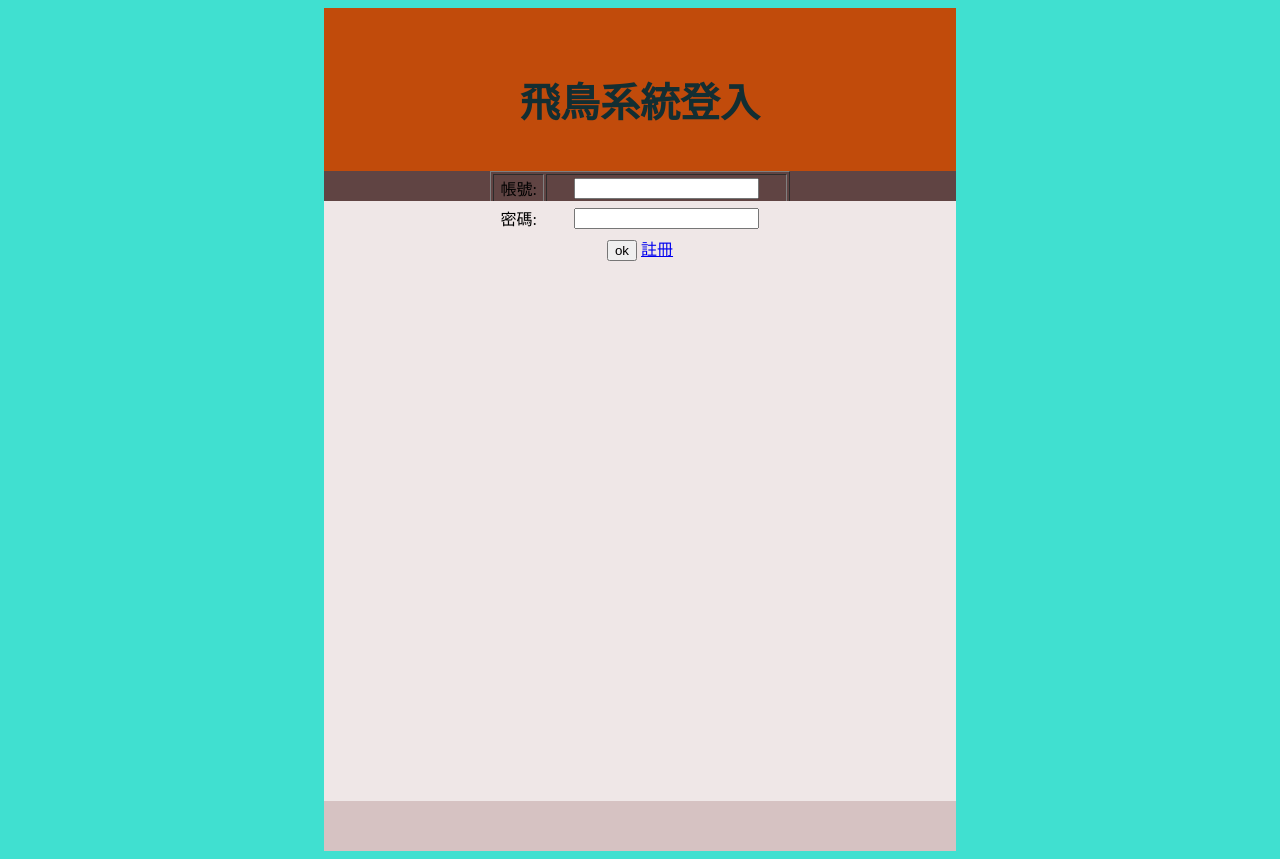
Repository: pride0420/portfolio
Page: Portfolio/1_springBoot/src/main/resources/static/index.html
An editor plug-in stored every save of this project. The page is shown before and after the next save, followed by the edit.
The browser window is 1280 px wide. The pictures show the whole page.

Above is the page before, as saved 2023-11-30 14:31:58.

### Portfolio/1_springBoot/src/main/resources/static/index.html
<!DOCTYPE html>
<html>
<link rel="stylesheet" href="css/index.css">
<head>
<meta charset="utf-8">
<title>Insert title here</title>
</head>
<body>
<form action="login" method="post">
<div id="header" >飛鳥系統登入</div>
	<div id="navigater"><table align="center" border="1" width=300>
		<tr align="center">
			<td>帳號:</td>
			<td><input type="text" name="username"></td>
		</tr>
		<tr align="center">
			<td>密碼:</td>
			<td><input type="password" name="password"></td>
		</tr>
		<tr align="center">
			<td colspan="2"><input type="submit" value="ok">
			<a href="addError">註冊</td>

		</tr>
	</table></div>
</form>
<div id="content"></div>
<div id="footer"></div>
</body>
</html>

### Portfolio/1_springBoot/src/main/resources/static/css/index.css
@charset "BIG5";
body{
	 background-color:  #40e0d0;
}
#header{
	background-color: #C14B0B;
	width: 50%;
	height:100px;
	margin-left: 25%;
	color: #132E32;
	font-weight:800;
	font-size:250%;
	text-align: center;
	padding-top: 5%;
}
#navigater{

	background-color:#604443;
	width: 50%;
	height:30px;
	margin-left: 25%;
}
#nav{
	color:white;
	padding-left:60%;

}
#content{
	background-color:#EFE7E7;
	width: 50%;
	height:600px;
	margin-left: 25%;
}
#footer{
	background-color:#D6C2C2;
	width: 50%;
	height:50px;
	margin-left: 25%;
}

After the next save:
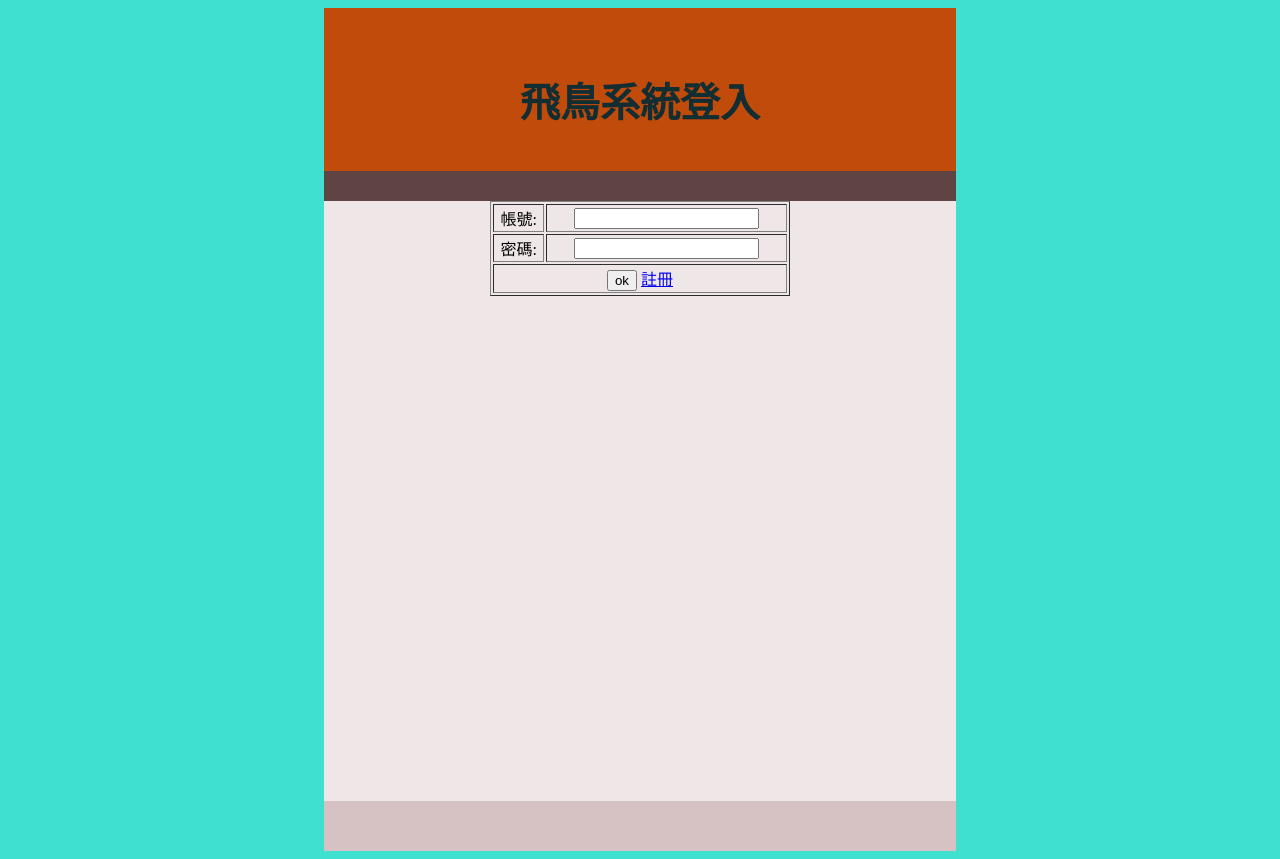
Saved 67 s later.
--- a/Portfolio/1_springBoot/src/main/resources/static/index.html
+++ b/Portfolio/1_springBoot/src/main/resources/static/index.html
@@ -8,7 +8,8 @@
 <body>
 <form action="login" method="post">
 <div id="header" >飛鳥系統登入</div>
-	<div id="navigater"><table align="center" border="1" width=300>
+	<div id="navigater"></div>
+		<div id="content"><table align="center" border="1" width=300>
 		<tr align="center">
 			<td>帳號:</td>
 			<td><input type="text" name="username"></td>
@@ -24,7 +25,7 @@
 		</tr>
 	</table></div>
 </form>
-<div id="content"></div>
+
 <div id="footer"></div>
 </body>
 </html>
